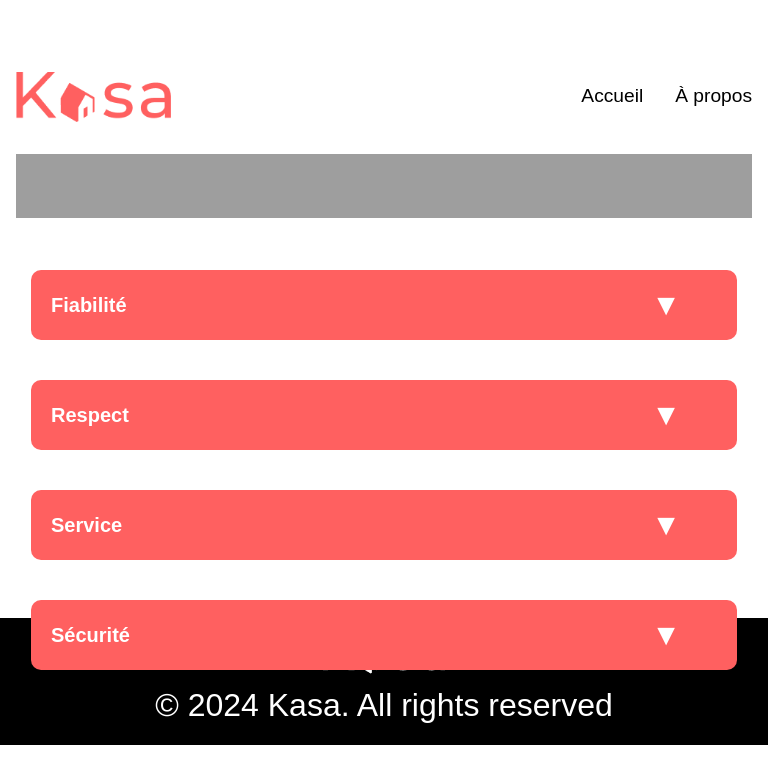
Repository: Dimple3377/kasa-project
Page: /about
An editor plug-in stored every save of this project. The page is shown before and after the next save, followed by the edit.
The browser window is 768 px wide. The pictures show the whole page.
Pictures or frames that could not be fetched are drawn as grey boxes. The project was rebuilt for these pictures with package versions that can differ from the ones it lists, and the page was loaded fresh each time. Also part of the build but not shown: vite.config.js, src/Components/Card/Card.scss, src/Components/Card/Card.jsx, src/Pages/Home/Home.scss, src/Pages/Home/Home.jsx, src/Components/SlideShow/SlideShow.scss, src/Components/SlideShow/SlideShow.jsx, src/Pages/Logements/Logements.scss and 2 more.

Above is the page before, as saved 2024-04-08 00:15:29.

After the next save:
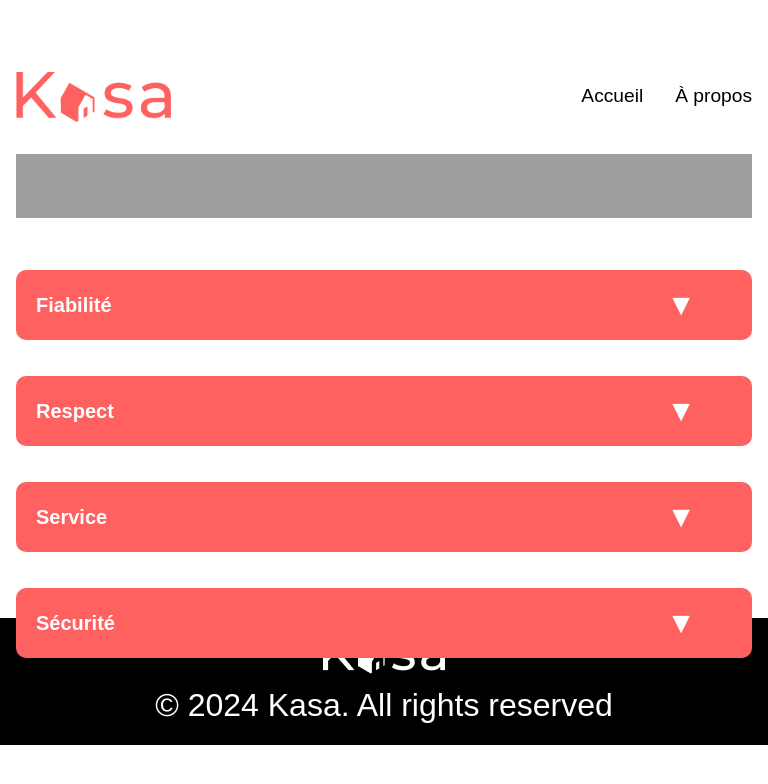
Saved 109 s later.
--- a/src/Pages/About/About.scss
+++ b/src/Pages/About/About.scss
@@ -6,7 +6,7 @@
     height: 30rem;
     padding: 1rem;
   }
-  .collapses .collapse {
+  .collapses {
     width: 100%;
     max-width: 1440px; // Correspond à la largeur de la bannière
     margin: 20px auto; // Ajoute des marges en haut et en bas et centre les collapses
@@ -15,9 +15,9 @@
     align-items: center;
     gap: 20px; // Ajoute un espace entre chaque collapse
 
-    @media (max-width: 768px) {
-      width: 100%; // Sur des écrans plus petits, les collapses peuvent prendre toute la largeur
-      padding: 0 15px; // Ajoutez un peu de padding sur les côtés pour les petits écrans
+    .collapse {
+      width: 100%; // Prend toute la largeur du conteneur .collapses
+      // Styles supplémentaires pour .collapse si nécessaire...
     }
   }
   .banner {
